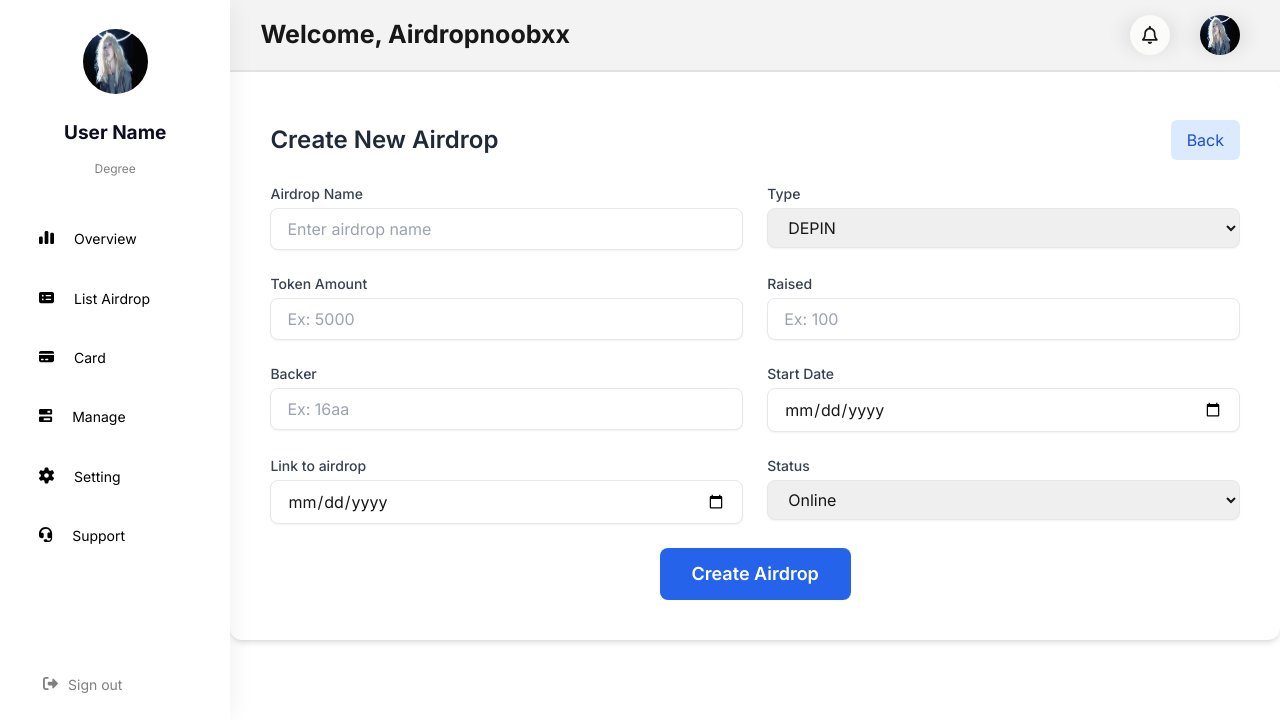
Repository: conGaStuer/airdropmamager
Page: /airdrops/new
An editor plug-in stored every save of this project. The page is shown before and after the next save, followed by the edit.
The browser window is 1280 px wide. The pictures show the whole page.
The project was rebuilt for these pictures with package versions that can differ from the ones it lists, and the page was loaded fresh each time. The framework's server and built-in components were replaced by stand-ins that run in the browser. Also part of the build but not shown: next.config.ts, src/styles/addForm.scss.

Above is the page before, as saved 2025-05-28 20:06:03.

After the next save:
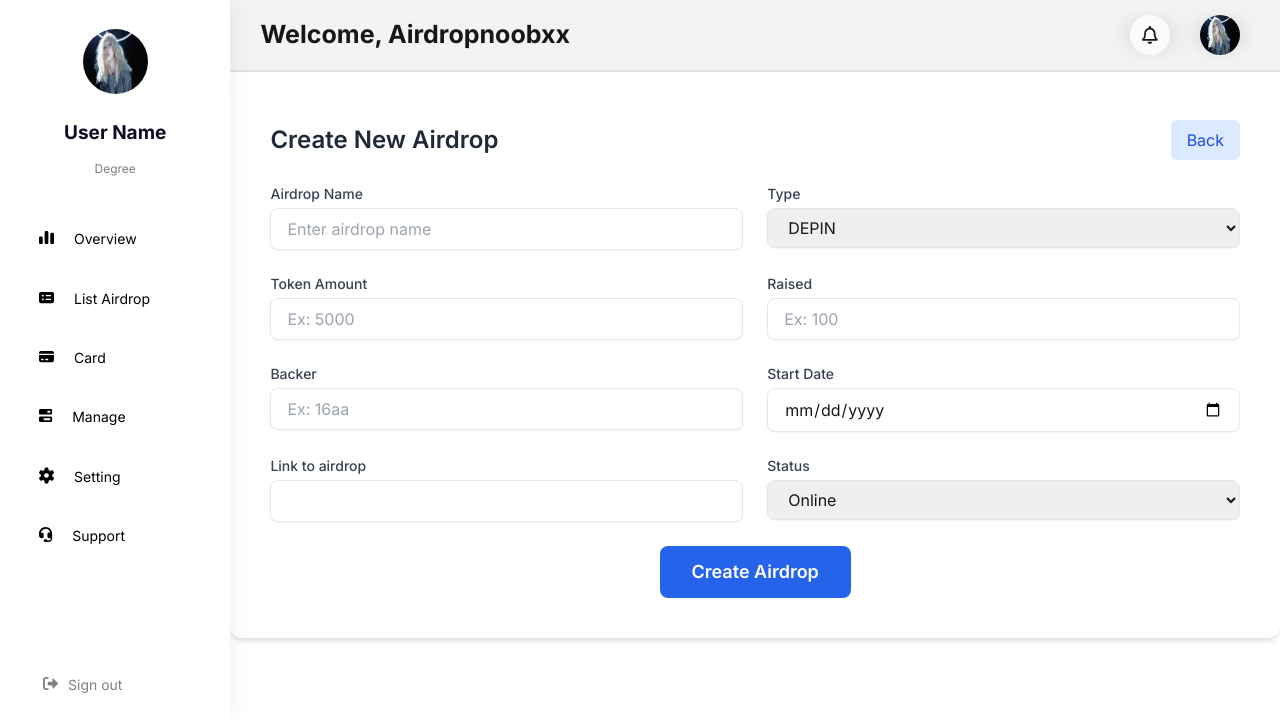
Saved 24 s later.
--- a/src/app/airdrops/new/page.js
+++ b/src/app/airdrops/new/page.js
@@ -128,7 +128,7 @@ export default function CreateAirdropPage() {
             Link to airdrop
           </label>
           <input
-            type="date"
+            type="text"
             value={form.link}
             onChange={(e) => setForm({ ...form, link: e.target.value })}
             className="w-full px-4 py-2 border rounded-lg shadow-sm focus:outline-none focus:ring-2 focus:ring-blue-500"
